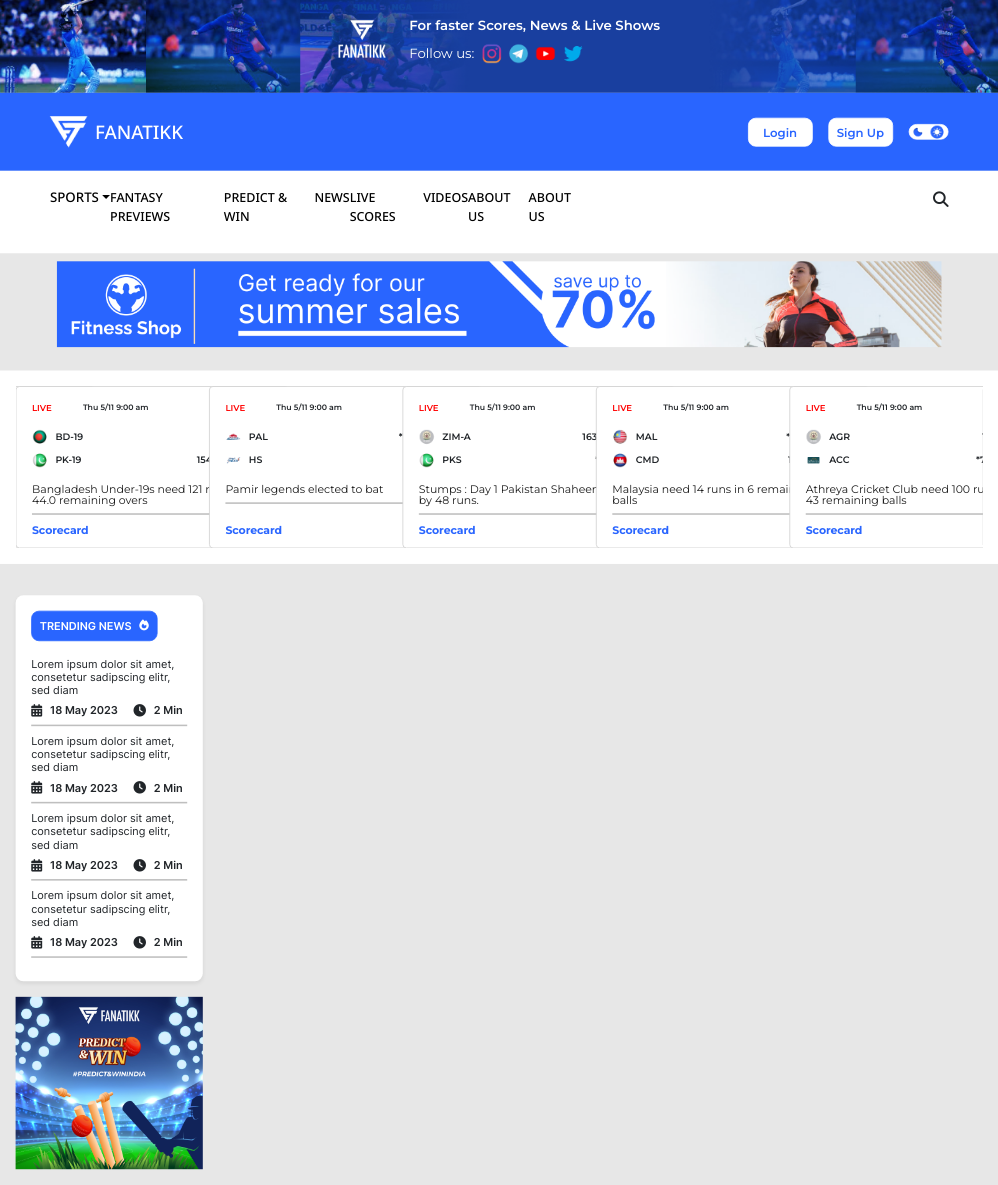
Repository: FlyweisReact/Kannapa
Page: /
The author's editor kept a copy of each file at every save. The page is drawn from the files as they stood at one save, then again after the next save.
The browser window is 1280 px wide. The pictures show the whole page, at 78% of full size.
Some web libraries are served in a nearby version. The project was rebuilt for these pictures with package versions that can differ from the ones it lists, and the page was loaded fresh each time. Also part of the build but not shown: src/Components/Layout/Footer.js, src/Components/Sliders/Index-video-Slider.js, src/Components/firstScreen.jsx, src/Components/secondScreen.jsx, src/Components/thirdScreen.jsx, src/Components/fourthScreen.jsx, src/CSS/Footer.css.

Above is the page before, as saved 2023-06-03 14:26:24.

After the next save:
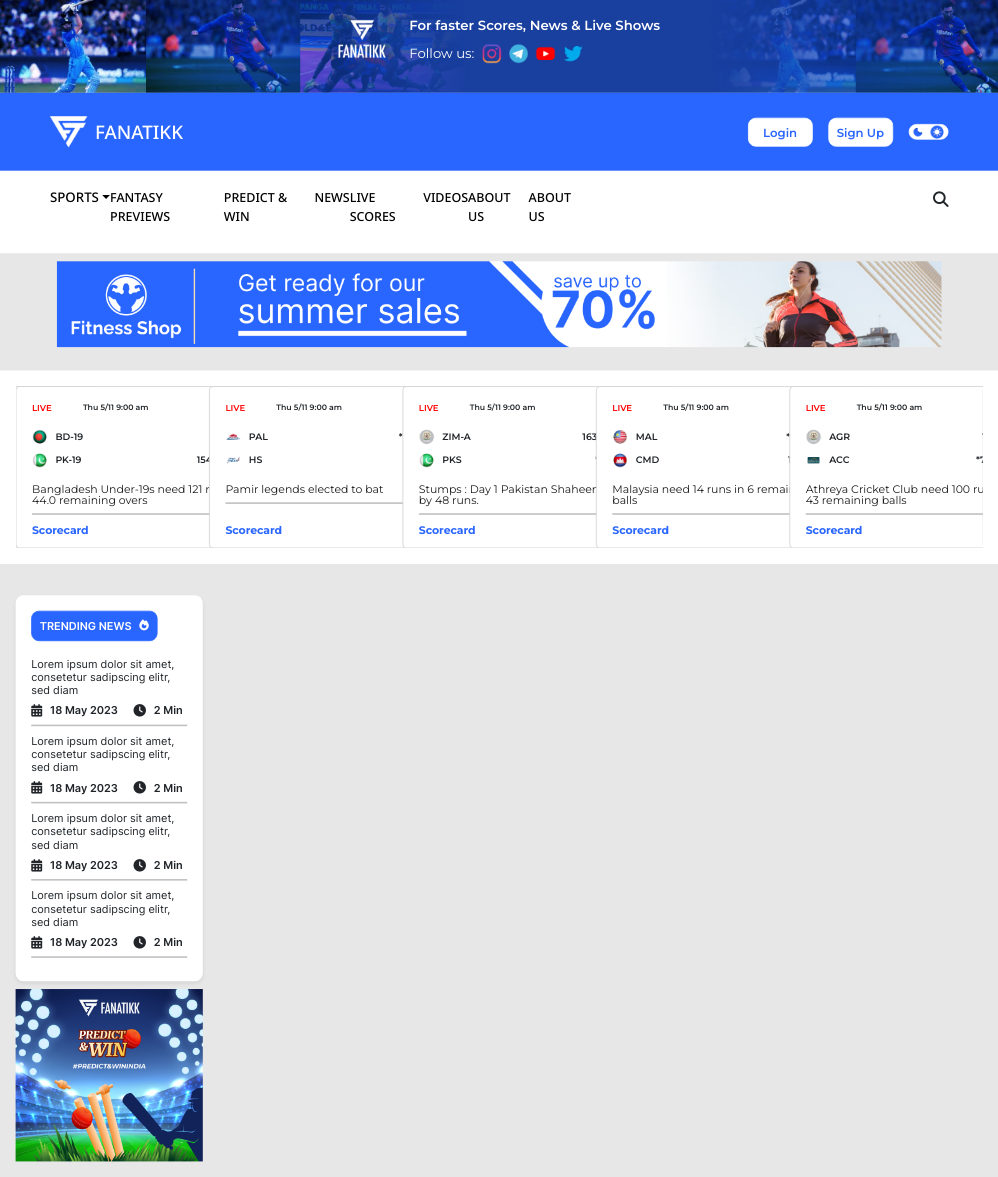
Saved 5 s later.
--- a/src/CSS/Component.css
+++ b/src/CSS/Component.css
@@ -365,6 +365,5 @@
    padding-top: 10px;
 }
 .Index_Three_Sec_Layout .left_Comp  .BigImage  img{
-   width: 100%;
-   padding-top: 10px;
-}
+  width: 100%;
+}

After the 2 saves that followed:
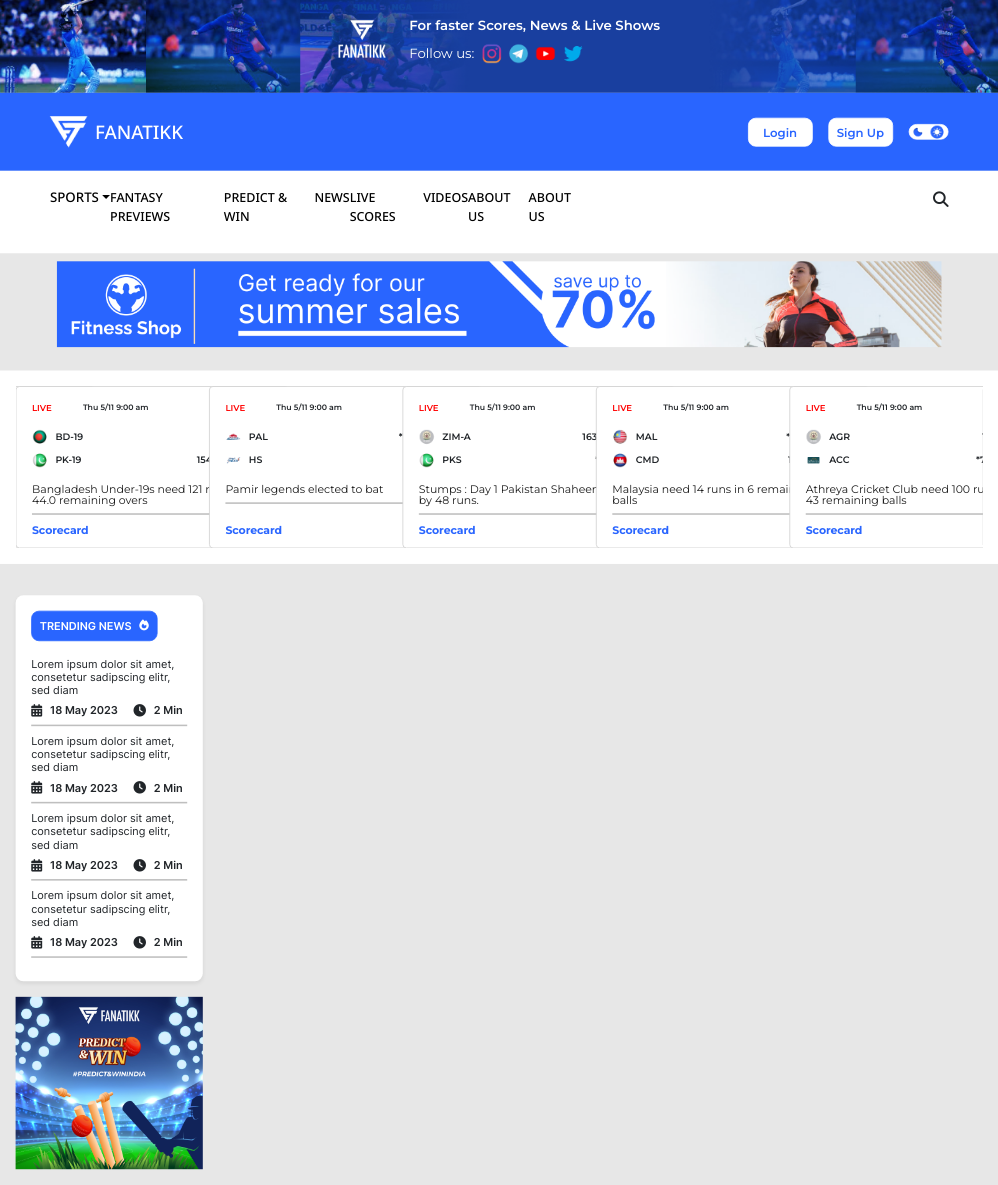
The 2 saves are shown as one change because 1 left the picture as it was.
The last was saved 27 s later.
--- a/src/CSS/Component.css
+++ b/src/CSS/Component.css
@@ -362,8 +362,10 @@
 }
 .Index_Three_Sec_Layout .left_Comp  .BigImage {
    width: 100%;
-   padding-top: 10px;
+   padding-top: 20px;
 }
 .Index_Three_Sec_Layout .left_Comp  .BigImage  img{
   width: 100%;
-}
+  display: block;
+  margin: auto;
+}
